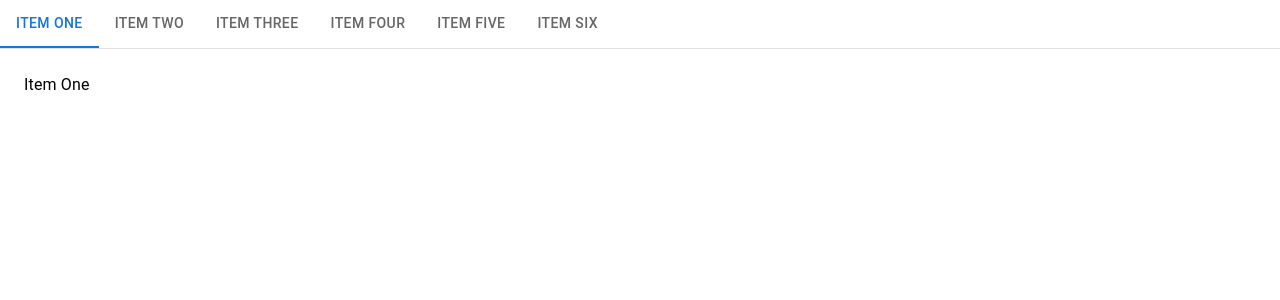
Repository: baopham2-tiki/tiki-order-listing
Page: /oderApp
The author's editor kept a copy of each file at every save. The page is drawn from the files as they stood at one save, then again after the next save.
The browser window is 1280 px wide. The pictures show the whole page.
The project was rebuilt for these pictures with package versions that can differ from the ones it lists, and the page was loaded fresh each time. The framework's server and built-in components were replaced by stand-ins that run in the browser. Also part of the build but not shown: next.config.js.

Above is the page before, as saved 2022-11-09 23:51:37.

After the next save:
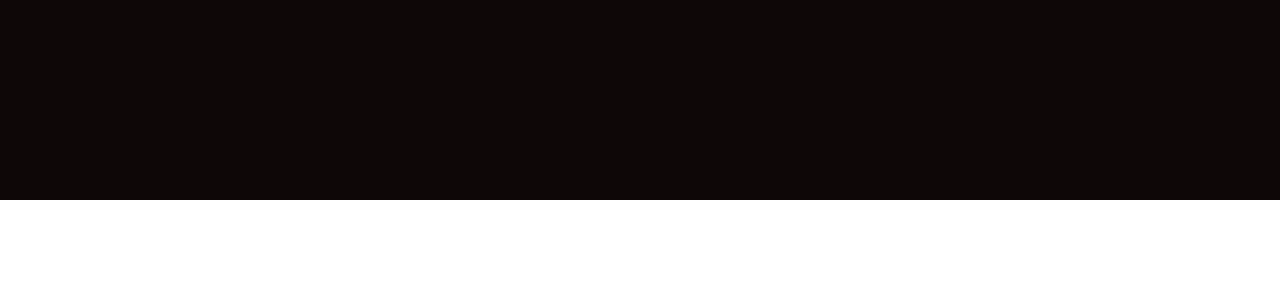
Saved 15 min 5 s later.
--- a/pages/oderApp.tsx
+++ b/pages/oderApp.tsx
@@ -1,70 +1,15 @@
-import * as React from 'react'
-import Tabs from '@mui/material/Tabs'
-import Tab from '@mui/material/Tab'
-import Typography from '@mui/material/Typography'
-import Box from '@mui/material/Box'
+import React from 'react'
+import styled from 'styled-components'
 
-interface TabPanelProps {
-  children?: React.ReactNode
-  index: number
-  value: number
-}
+const StyledOrderApp = styled.div`
+  background-color: #0e0707;
+  height: 200px;
+`
 
-function TabPanel(props: TabPanelProps) {
-  const { children, value, index, ...other } = props
-
+export default function oderApp() {
   return (
-    <div
-      role="tabpanel"
-      hidden={value !== index}
-      id={`simple-tabpanel-${index}`}
-      aria-labelledby={`simple-tab-${index}`}
-      {...other}
-    >
-      {value === index && (
-        <Box sx={{ p: 3 }}>
-          <Typography>{children}</Typography>
-        </Box>
-      )}
-    </div>
+    <StyledOrderApp>
+      <div className=""></div>
+    </StyledOrderApp>
   )
 }
-
-function a11yProps(index: number) {
-  return {
-    id: `simple-tab-${index}`,
-    'aria-controls': `simple-tabpanel-${index}`,
-  }
-}
-
-export default function BasicTabs() {
-  const [value, setValue] = React.useState(0)
-
-  const handleChange = (event: React.SyntheticEvent, newValue: number) => {
-    setValue(newValue)
-  }
-
-  return (
-    <Box sx={{ width: '100%' }}>
-      <Box sx={{ borderBottom: 1, borderColor: 'divider' }}>
-        <Tabs value={value} onChange={handleChange} aria-label="basic tabs example">
-          <Tab label="Item One" {...a11yProps(0)} />
-          <Tab label="Item Two" {...a11yProps(1)} />
-          <Tab label="Item Three" {...a11yProps(2)} />
-          <Tab label="Item Four" {...a11yProps(3)} />
-          <Tab label="Item Five" {...a11yProps(4)} />
-          <Tab label="Item Six" {...a11yProps(5)} />
-        </Tabs>
-      </Box>
-      <TabPanel value={value} index={0}>
-        Item One
-      </TabPanel>
-      <TabPanel value={value} index={1}>
-        Item Two
-      </TabPanel>
-      <TabPanel value={value} index={2}>
-        Item Three
-      </TabPanel>
-    </Box>
-  )
-}
